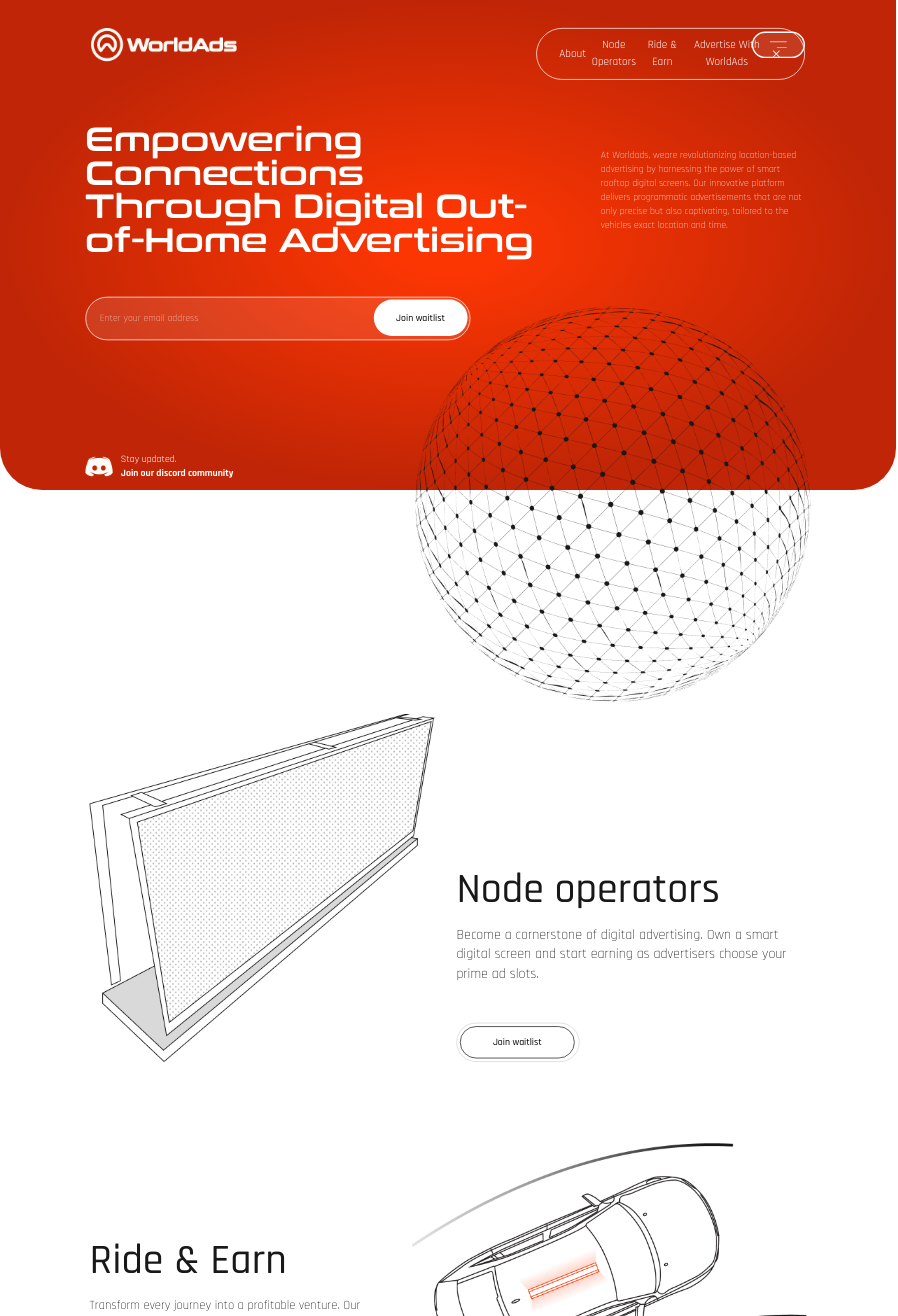
Repository: Abdul-Hannan232/worldAds
Page: /
An editor plug-in stored every save of this project. The page is shown before and after a run of saves, followed by the edit.
The browser window is 1280 px wide. The page is 1283 px wide, so the pictures cover 1283 px, including what lies to the right of the window. The pictures show the part of the page from y = 0 to 1880 px (the page is 3892 px tall), at 70% of full size.
The project was rebuilt for these pictures with package versions that can differ from the ones it lists, and the page was loaded fresh each time. The framework's server and built-in components were replaced by stand-ins that run in the browser. Also part of the build but not shown: next.config.mjs, app/component/NavContent.jsx.

Above is the page before, as saved 2024-05-08 17:56:53.

After the next 2 saves:
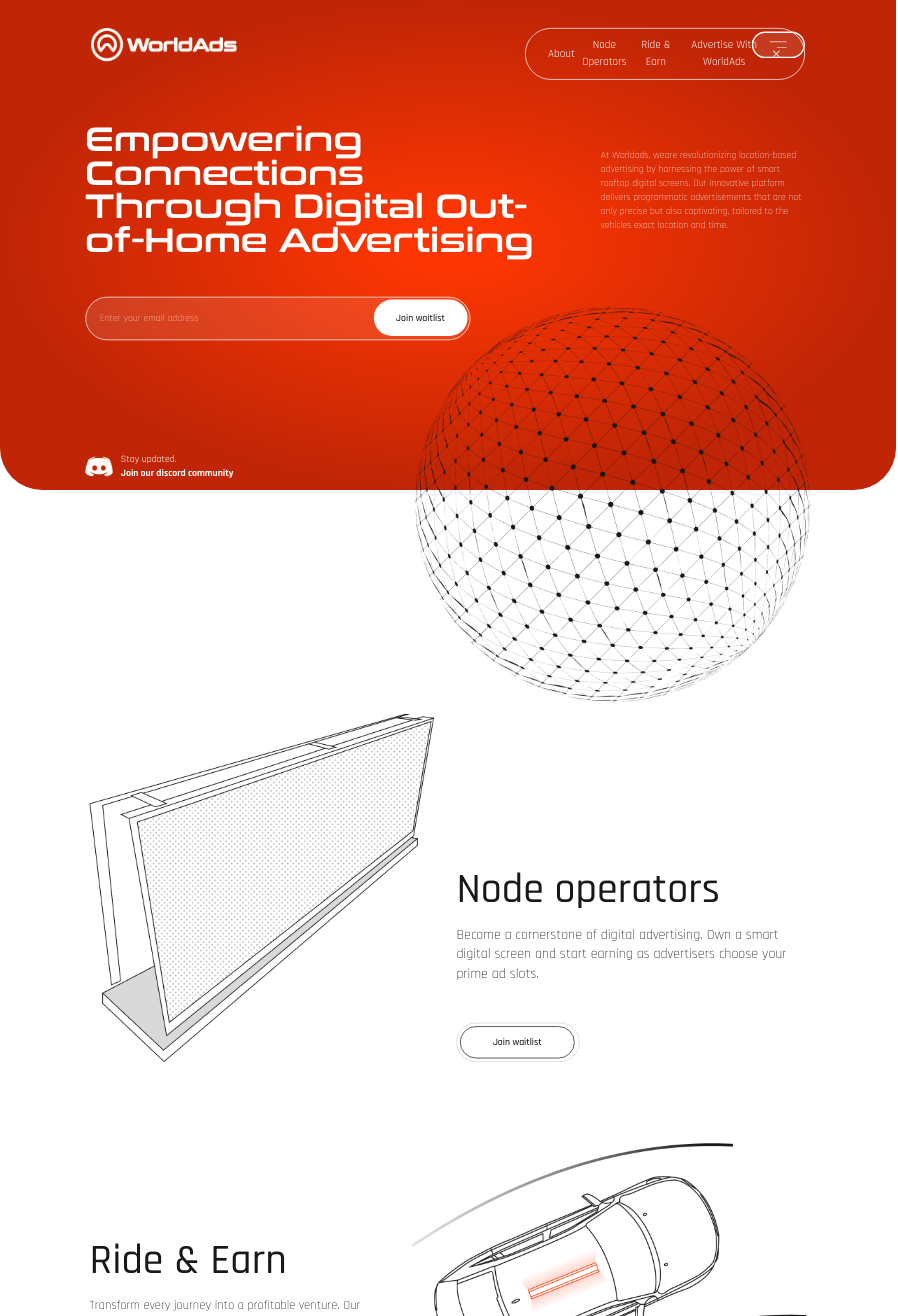
The 2 saves are shown as one change because they came seconds apart.
The last was saved 12 s later.
--- a/app/component/Header.jsx
+++ b/app/component/Header.jsx
@@ -41,7 +41,7 @@
                     type="button"
                     onClick={handleDrawerToggle}
                 >
-                    <div className=' absolute top-0 right-0 border border-white rounded-full p-3 w-96'>
+                    <div className=' absolute top-0 right-0 border border-white rounded-full p-3 w-[400px]'>
                         <ul className='px-5 flex items-center text-white justify-between'>
                             <li><Link href="#">About</Link></li>
                             <li><Link href="#">Node Operators</Link></li>
